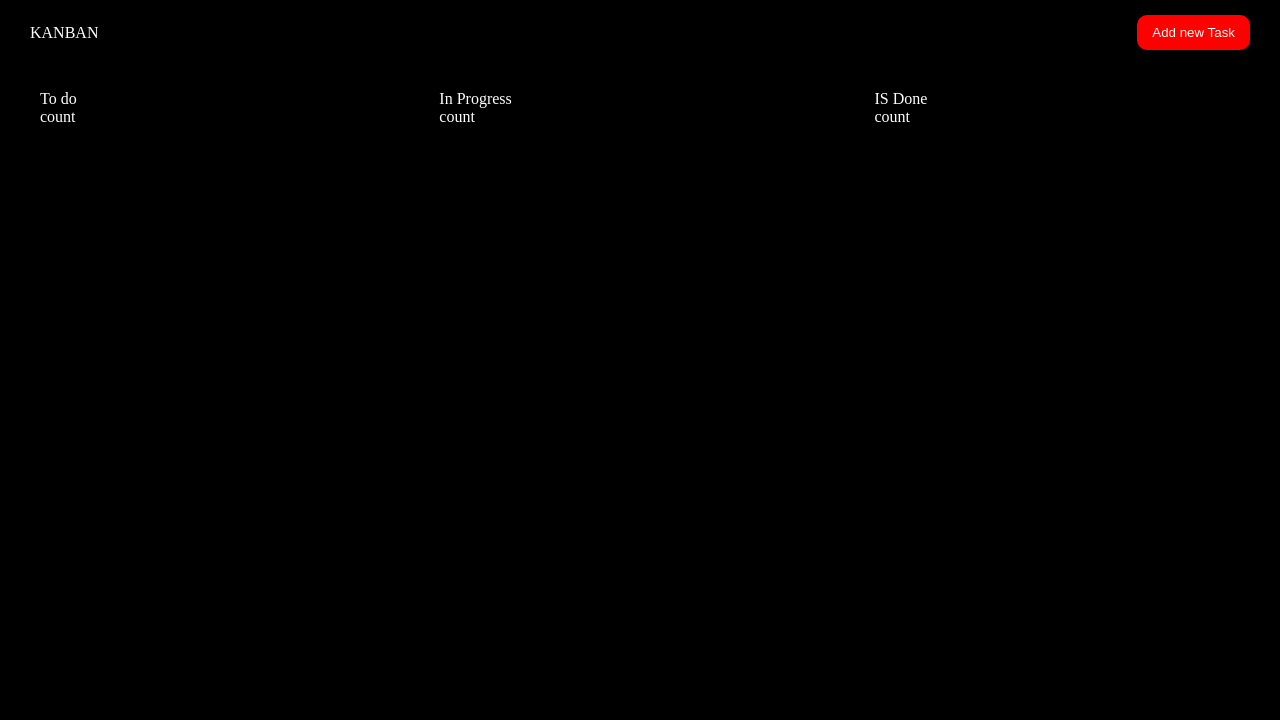
Repository: Sandeepji-5/Kanban-board
Page: index.html
These files come from the project's save history. The page is drawn as it stood at one moment and after the next save; the edit follows.
The browser window is 1280 px wide. The pictures show the whole page.

Above is the page before, as saved 2025-12-08 18:28:17.

### index.html
<!DOCTYPE html>
<html lang="en">
<head>
    <meta charset="UTF-8">
    <meta name="viewport" content="width=device-width, initial-scale=1.0">
    <title>Document</title>
    <link rel="stylesheet" href="style.css">
</head>
<body>
    <main>
        <nav>
            <div class="left">KANBAN</div>
            <div class="right"><button>Add new Task</button></div>
        </nav>
        <section class="board">
            <div class="task-column">
                <div class="hweading">
                    <div class="left">To do </div>
                    <div class="right">count</div>
                </div>
            </div>
            <div class="task-column">
                <div class="heading">
                    <div class="left">In Progress</div>
                    <div class="right">count</div>
                </div>
            </div>
            <div class="task-column">
                <div class="heading">
                    <div class="left">IS Done </div>
                    <div class="right"> count</div>
                </div>
            </div>
        </section>


    </main>
    <script src="kanban.js"></script>
</body>
</html>

### style.css
* {
    margin: 0;
    padding: 0;

    box-sizing: border-box;
}

html,
body {
    width: 100%;
    height: 100%;

}

:root {
    --bg-color: #0000000;
    --bg-button-color: #lalala
    --primary-text-color: #f4f4f4;

    /* padding 1 rem 2 rem */
    --nav-padding: 15px 30px;
    --section-padding: 15px 30px;
    --padding-s: 5px;
    --padding-m: 10px;
    --padding-l: 15px;
    --padding-xl: 20px;
    --padding-xxl: 30px;


    /* border radius variable  */



    --border-radius-s:5px;
    --border-radius-m:10px;
    --border-radius-l:15px;
    --border-radius-xl:20px;
    --border-radius-xxl:30px;


}

body {
    background-color: black;
    color: white;
}
main{
    display: flex;
    height: 100%;
    width: 100%;
    flex-direction: column;


}

nav{
    padding: var(--nav-padding);
    display: flex;
    align-items: center;
    justify-content: space-between;

}
nav button{
    background-color: red;
    color: white;
    border: none;
    outline: none;
    padding: var(  --padding-m) var(  --padding-l);
    cursor: pointer;
    border-radius:var(--border-radius-m) ;

}


section{
    padding:var(--section-padding);
    /* height: 100%; */
    display: flex;
    flex-grow: 1;
    justify-content: space-between;

    gap: var(--padding-xxl);

}
section .task-column{
    padding: var(--padding-m);
    background-color: var(--bg-button-color);
    flex-grow: 1        ;

}

Loaded but not shown: kanban.js (no copy from this time; the picture is the same without it)

After the next save:
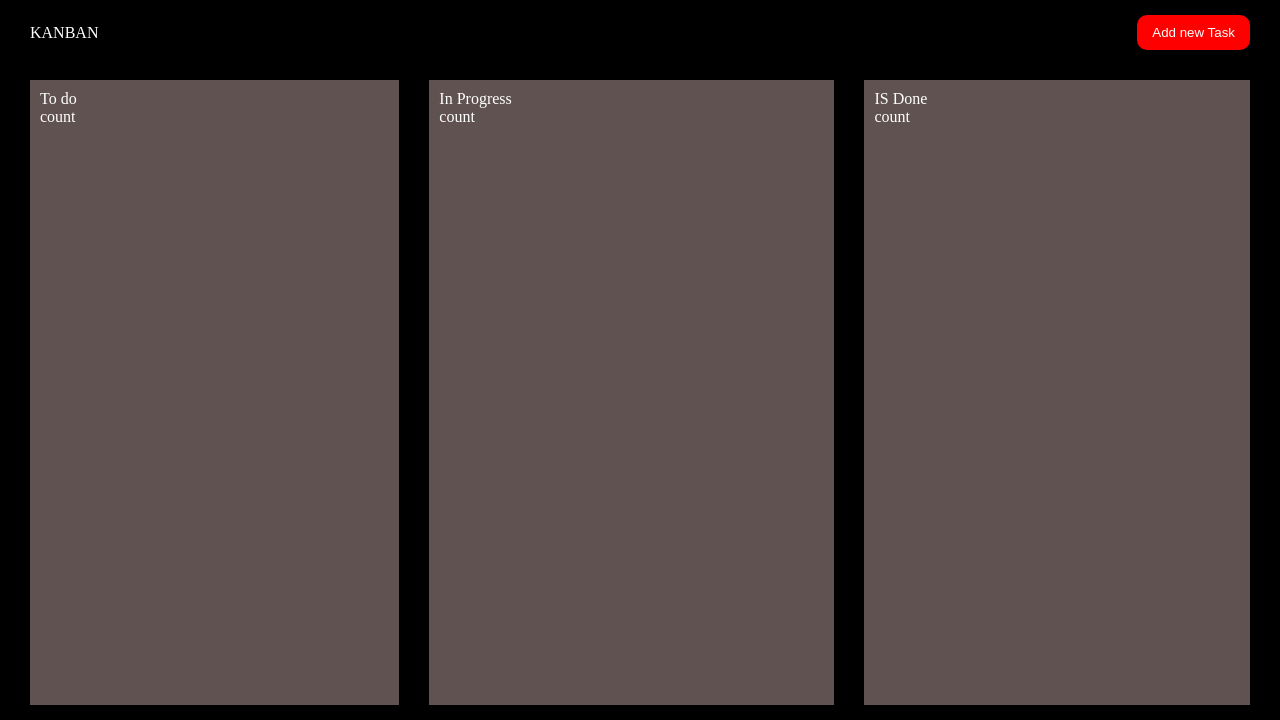
Saved 16 s later.
--- a/style.css
+++ b/style.css
@@ -14,7 +14,7 @@ body {
 
 :root {
     --bg-color: #0000000;
-    --bg-button-color: #lalala
+    --bg-button-color: rgb(97, 82, 82);
     --primary-text-color: #f4f4f4;
 
     /* padding 1 rem 2 rem */
